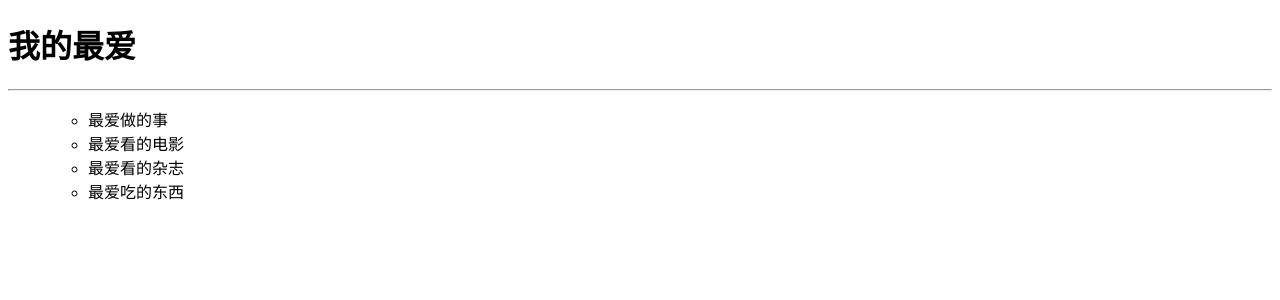
Repository: kirtonew/Compeititon2022-1
Page: node/test.html
The author's editor kept a copy of each file at every save. The page is drawn from the files as they stood at one save, then again after the next save.
The browser window is 1280 px wide. The pictures show the whole page.

Above is the page before, as saved 2022-09-05 14:34:22.

After the next save:
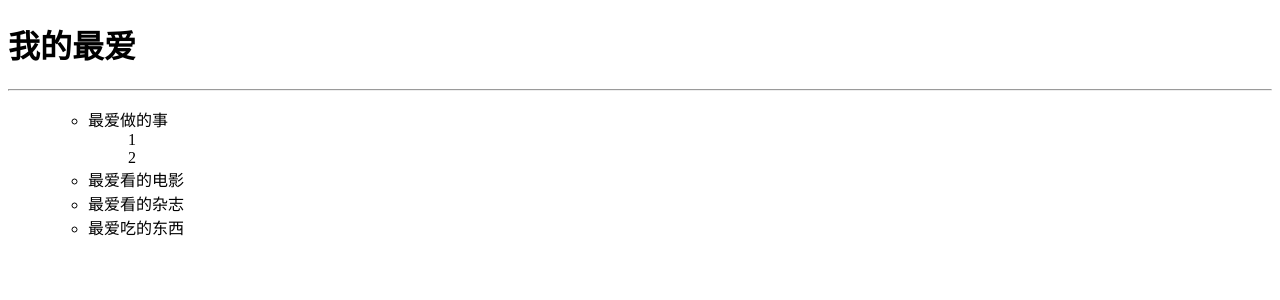
Saved 70 s later.
--- a/node/test.html
+++ b/node/test.html
@@ -13,7 +13,12 @@
     <ul>
         <ul>
             <li>最爱做的事</li>
-
+            <ul>
+                1
+            </ul>
+            <ul>
+                2
+            </ul>
             <li>最爱看的电影</li>
             <li>最爱看的杂志</li>
             <li>最爱吃的东西</li>
